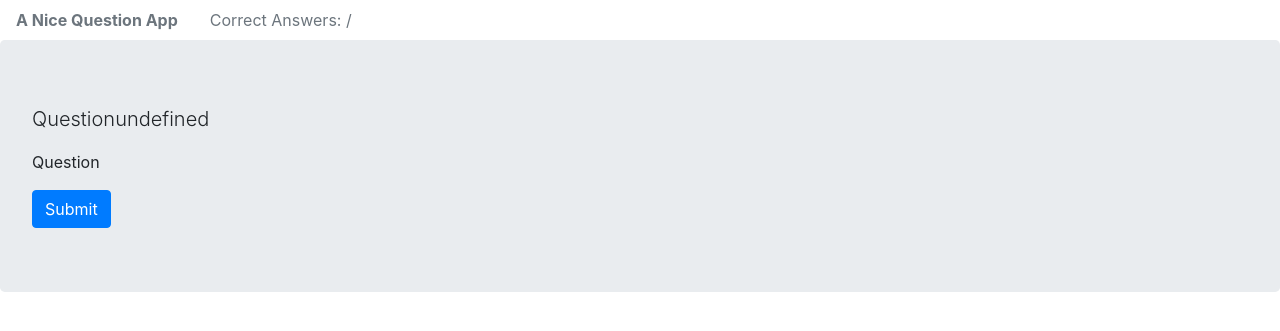
Repository: giovanicascaes/vue-quiz-app
Page: /
These files come from the project's save history. The page is drawn as it stood at one moment and after the next save; the edit follows.
The browser window is 1280 px wide. The pictures show the whole page.
The project was rebuilt for these pictures with package versions that can differ from the ones it lists, and the page was loaded fresh each time. Also part of the build but not shown: vue.config.js.

Above is the page before, as saved 2019-04-12 22:10:06.

After the next save:
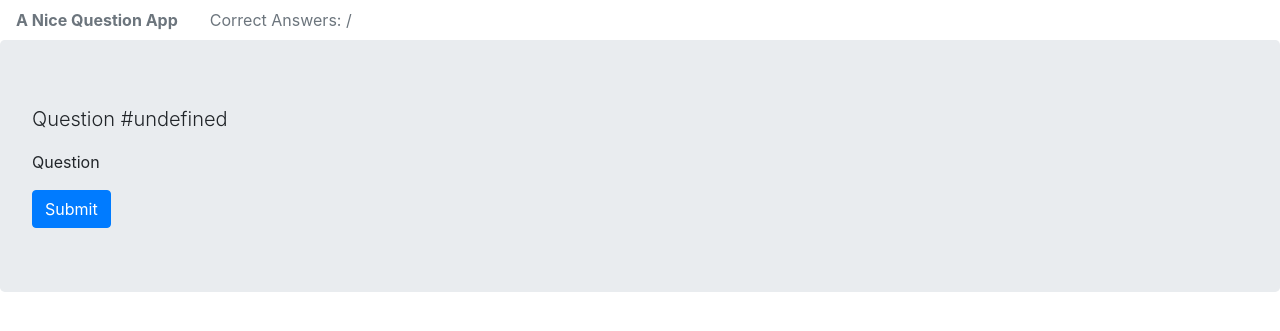
Saved 77 s later.
--- a/src/components/Questions.vue
+++ b/src/components/Questions.vue
@@ -1,5 +1,5 @@
 <template>
-  <b-jumbotron :lead="'Question' + currentQuestionNumber">
+  <b-jumbotron :lead="'Question #' + currentQuestionNumber">
     <p>Question</p>
     <b-button variant="primary" href="#">Submit</b-button>
   </b-jumbotron>
